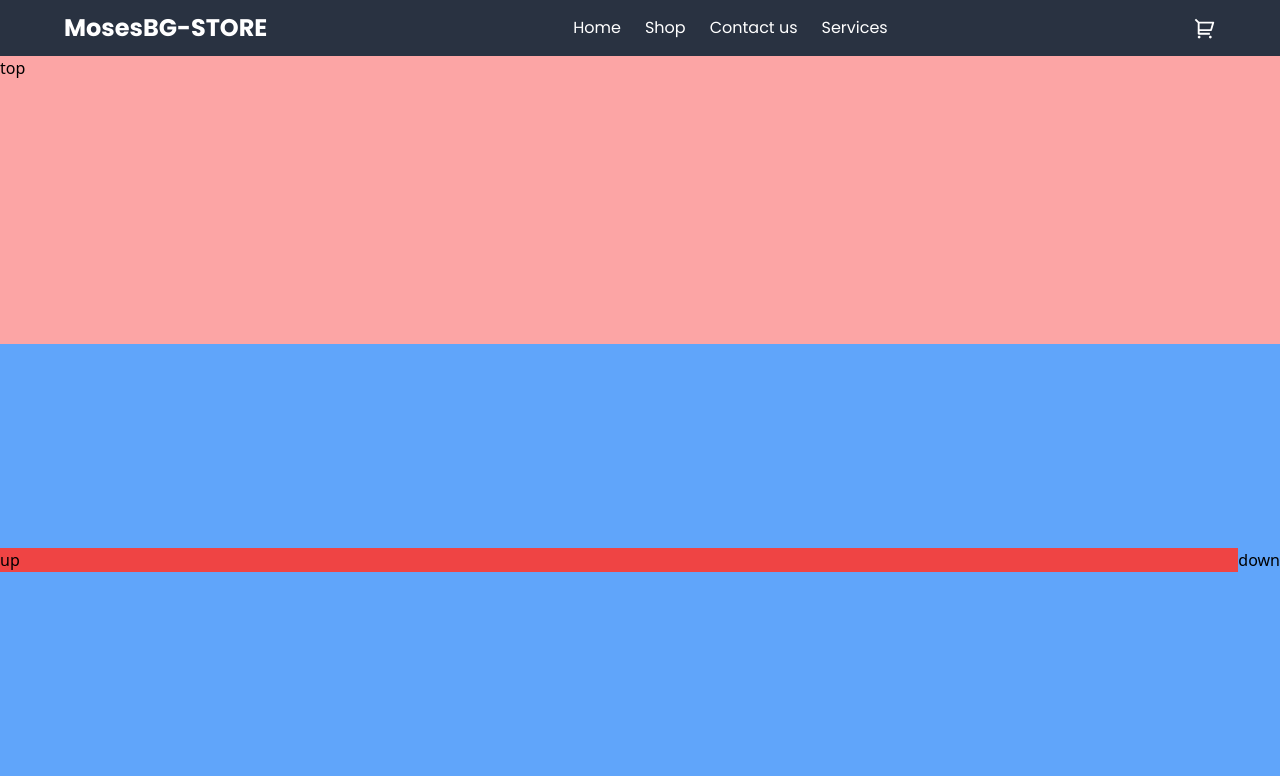
Repository: moshebengan/cart
Page: /fake-store/contact-us
An editor plug-in stored every save of this project. The page is shown before and after the next save, followed by the edit.
The browser window is 1280 px wide. The pictures show the whole page.
The project was rebuilt for these pictures with package versions that can differ from the ones it lists, and the page was loaded fresh each time. Also part of the build but not shown: vite.config.js, src/components/Error.jsx, src/utils/data.js, src/utils/apiCalls.js, src/components/Loading.jsx, src/components/Products.jsx, src/components/Footer.jsx, src/pages/HomePage.jsx and 5 more.

Above is the page before, as saved 2024-09-15 15:19:58.

After the next save:
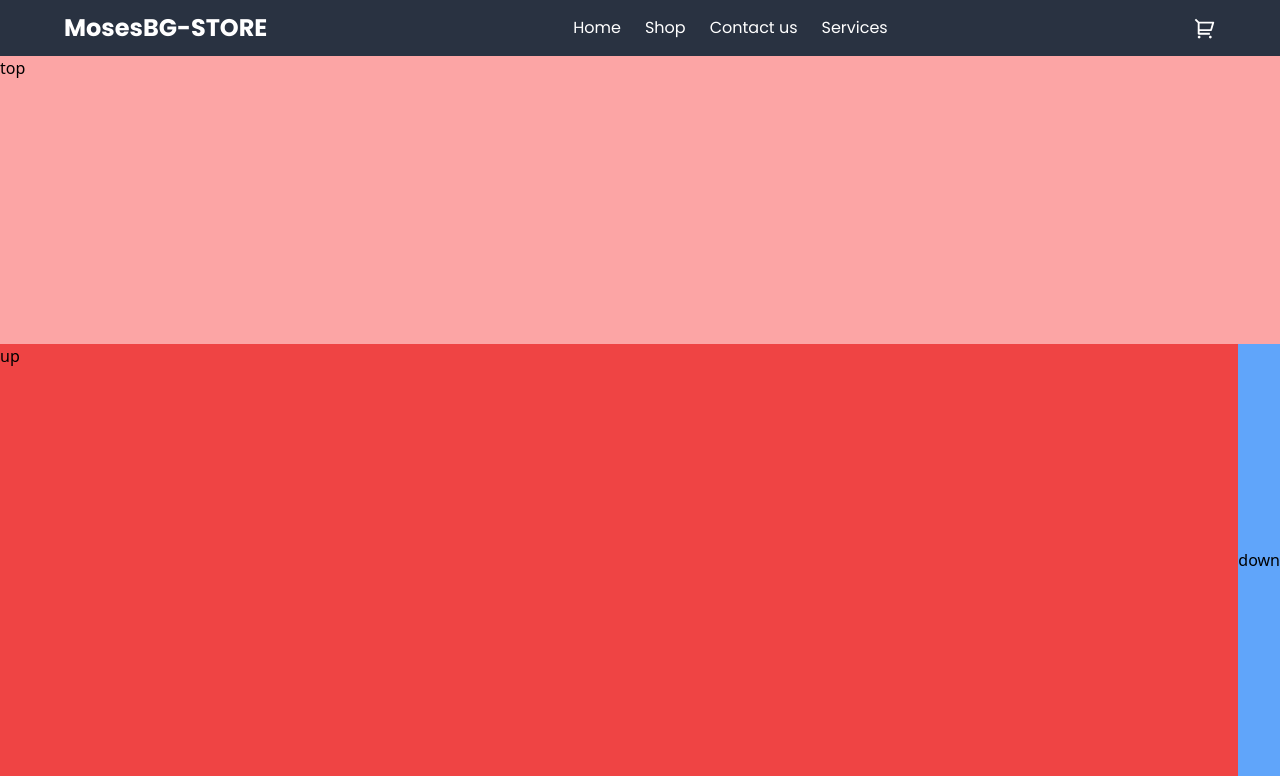
Saved 19 s later.
--- a/src/pages/ContactUs.jsx
+++ b/src/pages/ContactUs.jsx
@@ -5,7 +5,7 @@ const ContactUs = () => {
     <div className="w-full h-screen flex flex-col">
       <div className="w-full h-[40%] bg-red-300">top</div>
       <div className="w-full h-[60%] bg-blue-400 relative flex flex-row justify-evenly items-center">
-        <div className="flex-1 h-max bg-red-500" >up</div>
+        <div className="flex-1 h-full bg-red-500" >up</div>
         <div>down</div>
         {/* <div className="absolute -top-10 left-10 bg-yellow-300 flex-initial w-64">left</div>
         <div className="absolute -top-10 right-10 bg-pink-400 flex-initial w-32 ">right</div> */}
